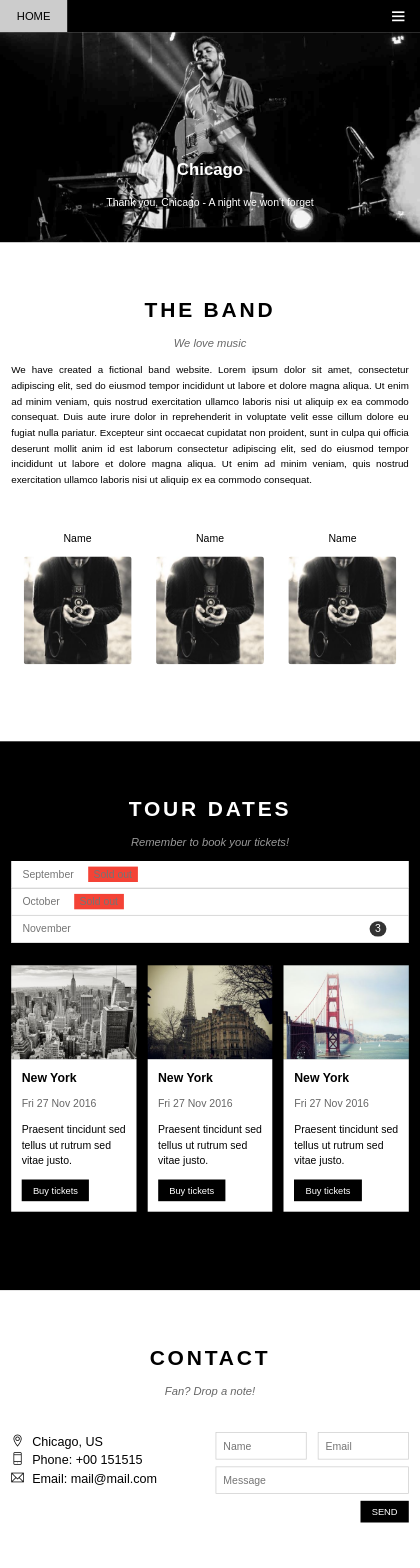
Repository: Bakyproit/the-Band
Page: index.html
An editor plug-in stored every save of this project. The page is shown before and after the next save, followed by the edit.
The browser window is 600 px wide. The pictures show the part of the page from y = 0 to 2240 px (the page is 2816 px tall), at 70% of full size.

Above is the page before, as saved 2022-01-03 22:28:17.

### index.html
<!DOCTYPE html>
<html lang="en">
<head>
    <meta charset="UTF-8">
    <meta http-equiv="X-UA-Compatible" content="IE=edge">
    <meta name="viewport" content="width=device-width, initial-scale=1.0">
    <link rel="stylesheet" href="./assets/fonts/themify-icons/themify-icons.css">
    <link rel="stylesheet" href="./assets/css/style.css">
    <link rel="stylesheet" href="./assets/css/reponsive.css">
    <title>The-Band</title>
</head>
<body>

    <div id="main">
        <!-- begin header   -->
        <div id="header">
            <!-- Begin : Nav -->
            <ul id="nav">
                <li>
                    <a href="#">Home</a>
                </li>
                <li><a href="#band">Band</a></li>
                <li><a href="#tour">Tour</a></li>
                <li><a href="#contact">Contact</a></li>
                <li>
                    <a href="#">
                        More
                        <i class="nav-arrow-down ti-angle-down"></i>

                    </a>
                    <ul class="subnav">
                        <li><a href="#">Merchandise</a></li>
                        <li><a href="#">Extras</a></li>
                        <li><a href="#">Media</a></li>
                    </ul>
                </li>
            </ul>
            <!-- End : Nav -->
            <!-- Begin : Search button -->
            <div class="search-btn">
                <i class="search-icon ti-search"></i>
            </div>
            <div class="mobile-menu-btn" id='mobile-menu'>
                <i class="menu-icon ti-menu"></i>
            </div>
            <!-- End : Search button-->


        </div>
        <!-- end header     -->
        <!-- Begin slider== -->
        <div id="slider">
            <div class="text-content">
                <h2 class="text-heading">Chicago</h2>
                <div class="text-description">Thank you, Chicago - A night we won't forget</div>
            </div>

        </div>
        <!-- End slider    -->
        <!-- Begin content -->
        <div id="content">
        <!-- The- band -->
            <div id ="band" class="content-section">
                <h2 class="section-heading">THE BAND</h2>
                <p class="section-sub-heading">We love music</p>
                <p class="about-text">We have created a fictional band website. Lorem ipsum dolor sit amet, consectetur adipiscing elit, sed do eiusmod tempor incididunt ut labore et dolore magna aliqua. Ut enim ad minim veniam, quis nostrud exercitation ullamco laboris nisi ut aliquip ex ea commodo consequat. Duis aute irure dolor in reprehenderit in voluptate velit esse cillum dolore eu fugiat nulla pariatur. Excepteur sint occaecat cupidatat non proident, sunt in culpa qui officia deserunt mollit anim id est laborum consectetur adipiscing elit, sed do eiusmod tempor incididunt ut labore et dolore magna aliqua. Ut enim ad minim veniam, quis nostrud exercitation ullamco laboris nisi ut aliquip ex ea commodo consequat.</p>
                <div class="member-list">
                    <div class=" col-third">
                        <p class="member-name">Name</p>
                        <img src="/assets/img/bandmember.jpg" alt="" class="member-img">
                    </div>
                    <div class="col-third">
                        <p class="member-name">Name</p>
                        <img src="/assets/img/bandmember.jpg" alt="" class="member-img">
                    </div>
                    <div class=" col-third">
                        <p class="member-name">Name</p>
                        <img src="/assets/img/bandmember.jpg" alt="" class="member-img">
                    </div>

                </div>

            </div>
        <!-- Tour -->
            <div id ="tour" class="tour-section">
                <div class="content-section ">
                    <h2 class="section-heading text-white">TOUR DATES</h2>
                    <p class="section-sub-heading text-white">Remember to book your tickets!</p>
                    <ul class="tickets-list">
                        <li>
                            September
                            <span class="sold-out">Sold out</span>
                        </li>
                        <li>
                            October
                            <span class="sold-out" >Sold out</span>
                        </li>
                        <li>
                            November
                            <span class="quantity" >3</span>
                        </li>
                    </ul>
                    <!-- places - list -->
                    <div class="places-list row">
                        <div class="places-item  col col-third">
                            <img src="/assets/img/play/play1.jpg" alt="" class="places-img">
                            <div class="places-content">
                                <h3 class="places-name">New York</h3>
                                <p class="places-time">Fri 27 Nov 2016</p>
                                <p class="places-title">Praesent tincidunt sed tellus ut rutrum sed vitae justo.</p>
                                <button  class="btn js-buy-tickets ">Buy tickets</button>
                            </div>
                        </div>
                        <div class="places-item  col col-third ">
                            <img src="/assets/img/play/play2.jpg" alt="" class="places-img">
                            <div class="places-content">
                                <h3 class="places-name">New York</h3>
                                <p class="places-time">Fri 27 Nov 2016</p>
                                <p class="places-title">Praesent tincidunt sed tellus ut rutrum sed vitae justo.</p>
                                <button  class="btn js-buy-tickets ">Buy tickets</button>
                            </div>
                        </div>
                        <div class="places-item  col col-third">
                            <img src="/assets/img/play/play3.jpg" alt="" class="places-img">
                            <div class="places-content">
                                <h3 class="places-name">New York</h3>
                                <p class="places-time">Fri 27 Nov 2016</p>
                                <p class="places-title">Praesent tincidunt sed tellus ut rutrum sed vitae justo.</p>
                                <button  class="btn js-buy-tickets ">Buy tickets</button>
                            </div>
                        </div>
                    </div>
                </div>
            </div>
        <!--    Contact -->
            <div id ="contact" class="content-section">
                <h2 class="section-heading ">CONTACT</h2>
                <p class="section-sub-heading ">Fan? Drop a note!</p>
                <!-- contact - content -->
                <div class="row contact-content">
                    <div class="col col-half contact-info">
                        <p><i class="ti-location-pin"></i>Chicago, US</p>
                        <p><i class="ti-mobile"></i>Phone: +00 151515</p>
                        <p><i class="ti-email"></i>Email: mail@mail.com</p>
                    </div>
                    <div class="col col-half contact-form">
                        <form action="">
                            <div class="row">
                                <div class="col col-half">
                                    <input type="text" name="" placeholder="Name" required id="" class="form-control">
                                </div>
                                <div class="col col-half">
                                    <input type="email" name="" placeholder="Email" required  id="" class="form-control">
                                </div>
                            </div>

                            <div class="row ">
                                <div class="col col-full">
                                    <input type="text" name="" placeholder="Message" required id="" class="form-control">
                                </div>
                            </div>
                            <input type="submit" value="SEND" class="btn pull-right">
                        </form>
                    </div>
                </div>
            </div>
        <!-- map -->
            <div class="map-section">
                <img src="./assets/img/map.jpg" alt="Map">
            </div>

        </div>
        <!-- End content -->
        <!-- Begin footer -->
        <div id="footer">
            <div class="social-list">
                <a href=""><i class="ti-facebook"></i></a>
                <a href=""><i class="ti-facebook"></i></a>
                <a href=""><i class="ti-facebook"></i></a>
                <a href=""><i class="ti-facebook"></i></a>
                <a href=""><i class="ti-facebook"></i></a>
                <a href=""><i class="ti-facebook"></i></a>
            </div>
            <p class="copy-right">Powered by <a href="">w3.css</a></p>
        </div>
        <!-- end-footer -->
        <!-- modal -->
        <div class="modal js-modal">
            <div class="modal-container js-modal-container">
                <div class="modal-close js-modal-close">
                    <i class="ti-close"></i>
                </div>
                <!-- header -->
                <header class="modal-header">
                    <i class="ti-bag"></i>
                    Tickets
                </header>
                <!-- body -->
                <div class="modal-body">
                    <label for="ticket-quantity" class="model-label">
                        <i class="ti-shopping-cart"></i>
                        Tickets, $15 per person
                    </label>
                    <input id="ticket-quantity" type="text" class="modal-input" placeholder="Howmany ?">


                    <label for="ticket-email" class="model-label">
                        <i class="ti-user"></i>
                        Send To
                    </label>
                    <input id= "ticket-email" type="text" class="modal-input" placeholder="Enter email ?">

                    <button class="buy-tickets">
                        Pay
                        <i class="ti-check"></i>
                    </button>
                </div>
                <footer class="modal-footer">
                    <p class="modal-help">Need <a href="">help?</a></p>
                </footer>
            </div>
        </div>
        <!-- end modal -->
        <!-- javascript -->
        <script>
            const buyBtns = document.querySelectorAll('.js-buy-tickets')
            const modal = document.querySelector('.js-modal')
            const modalClose = document.querySelector('.js-modal-close')
            const modalContainer =document.querySelector('.js-modal-container')
            function buyTickets(){
                modal.classList.add('open')
            }
            function hiddenBuyTickets(){
                modal.classList.remove('open')
            }


            for(const buyBtn of buyBtns){
                buyBtn.addEventListener('click' ,buyTickets )
            }
            modalClose.addEventListener('click' , hiddenBuyTickets)
            modal.addEventListener('click' , hiddenBuyTickets)
            modalContainer.addEventListener('click' , function (event){
                event.stopPropagation()
            })


            // dong mo menu
            var header = document.getElementById('header') ;
            var mobileMenu = document.getElementById('mobile-menu') ;
            var headerHeight = header.clientHeight ;
            mobileMenu.onclick= function(){
                // console.log(header.clientHeight);
                var isClosed = header.clientHeight === headerHeight ;
                if(isClosed){
                    header.style.height = 'auto' ;
                }else {
                    header.style.height = null ;
                }
            }
            //  tu dong dong khi chon menu
            var menuItems = document.querySelectorAll('#nav li a[href*="#"]') ;
            console.log(menuItems) ;
            for(var i = 0;i<menuItems.length ;i++) {
                var menuItem = menuItems[i] ;
                menuItem.onclick = function(){
                    header.style.height = null ;
                }
            }
        </script>
        <!-- javascript -->
    </div>
</body>
</html>



<!-- hang row -->

### assets/css/style.css
/*
Reset css
*/
*{
    padding: 0;
    margin:  0;
    box-sizing: border-box;
}
html {
    font-family: Arial, Helvetica, sans-serif;
    scroll-behavior: smooth;
}
#main {

}
.text-white{
    color:#fff !important;
}
.btn{
    display: inline-block;
    text-decoration: none;
    padding: 8px 16px;
    color: #fff;
    background-color: #000;
    border : none  ;
}
.btn:hover{
    color: #000!important;
    background-color: #ccc!important;
    cursor: pointer;
}

.pull-right{
    float: right !important ;
}
.flex{
    display: flex;
}

.row {
    display: flex;
    margin-left: -8px;
    margin-right: -8px;
}
.col {
    padding-left: 8px;
    padding-right: 8px;
}
.col-third{
    width: 33.33333%;
}
.col-half{
    width: 50%;
}
.col-full{
    width: 100%;
}
/* =====header===== */
#header {
    height: 46px;
    background-color: #000;
    position: fixed;
    top : 0 ;
    right: 0;
    left : 0;
    z-index: 1;
    overflow: hidden;
}
#nav{
    display: inline-block;
}
#nav,.subnav {
    list-style-type: none;

}
/* nav */
#nav > li{
    display: inline-block;
    position: relative;
}
#nav li a{
    display: inline-block;
    color : #fff ;
    text-decoration: none;
    line-height: 46px;
    padding: 0px 24px;
    text-transform: uppercase;
}
#nav > li:hover > a,
#nav .subnav li:hover a{
    color : #000 ;
    background-color: #ccc;
}
/*     subnav */
#nav .subnav{
    display: none;
    position: absolute;
    top:100% ;
    background-color: #fff;
    /* bong do */
    box-shadow: 0 0 10px rgba(0, 0, 0,0.5) ;
    min-width: 160px;
}
#nav li:hover .subnav {
    display: block ;
}

#nav .subnav  a{
    display:  block;
    color: #000;
    padding: 0 12px;
    line-height: 38px;
}
#nav .nav-arrow-down{
    font-size: 14px;
}
.mobile-menu-btn{
    position: absolute;
    top: 0;
    right: 0;
}
.mobile-menu-btn,
#header .search-btn{
    float: right;
    padding: 0 21px;
}

#header .search-btn:hover{
    cursor: pointer;
    background-color:#f44336 ;
}
#header .mobile-menu-btn:hover {
    background-color:#ccc ;
}
#header .mobile-menu-btn:hover .menu-icon{
    color: #000;
}
#header .menu-icon ,
#header .search-icon{
    color : #fff ;
    font-size: 20px;
    line-height: 46px;
}


/* ====end header=======                 */
/*      Begin slider                     */
#slider {
    margin-top: 46px;
    padding-top:50%;
    /* luon bang 50% chieu rong */
    background: url('/assets/img/slider/slider1.jpg') top center / cover no-repeat;
    position: relative;
}
#slider .text-content{
    position: absolute;
    bottom: 48px;
    left:50%;
    color:#fff ;
    transform: translateX(-50%);
    text-align: center;

}
#slider .text-heading{
    margin:  0 0 25px 0 ;
    font-weight: 500px;
    font-size: 24px;
}
#slider .text-description{
    font-size: 15px;
}
/*    End slider                     */
/*    Begin content                  */
#content {
    color : #000 ;
}
#content .content-section{
    width: 800px;
    max-width: 100%;
    margin-left: auto;
    margin-right: auto;
    padding: 64px 16px;

}
#content .section-heading{
    margin: 10px 0;
    font-size: 30px;
    text-align: center;
    font-weight: 400px;
    letter-spacing: 4px;
    line-height: 45px;
}
#content .section-sub-heading{
    margin:15px 0 ;
    text-align: center;
    font-style: italic;
    opacity: 0.6;
    line-height: 22px;
}
/*             About                   */
#content .about-text{
    margin: 15px 0 ;
    font-size: 14px;
    text-align: justify ;
    line-height: 1.6;

}
#content .member-list{
    padding: 32px 0 ;
    display: flex;
    text-align: center;
}

#content  .member-name{
    margin: 15px 0;
    font-size: 15px;
    line-height: 22px;
}
#content  .member-img{
    margin-bottom: 10px;
    width: 154px;
    border-radius: 4px;
}

/*                   Tour                        */
.tour-section{
    background-color: black;
    color:#fff ;
}
.tour-section .tickets-list li{
    list-style: none;
    color: #757575;
    padding: 8px 16px;
    font-size: 15px;
    line-height: 22px;
    background-color: #fff;
    border-bottom: 1px solid #ddd;
}
.tour-section  .sold-out{
    display: inline-block;
    background-color: #f44336;
    padding: 0 8px;
    margin-left:16px;
}
.tour-section .quantity{
    display: inline-block;
    padding: 0 8px;
    margin-right: 16px;
    background-color: #333;
    color:#fff ;
    border-radius: 50%;
    float: right;
}

.places-list{
    color: #000;
    font-size: 15px;
    padding: 32px 0 ;
}
.places-item{
    margin-bottom: 16px;
}

.places-img{
    width: 100%;
    display: block;
}
.places-img:hover{
    opacity: 0.6;
}
.places-content{
    padding: 15px;
    line-height: 22px;
    background-color: #fff;
}
.places-name{
}
.places-time{
    margin-top: 15px ;
    opacity: 0.6;
}
.places-title{
    margin: 15px 0 ;
    line-height: 1.5;
}




/*                  contact            */

.contact-content{
    padding-bottom: 32px  ;
    padding-top: 32px;
}
.contact-info{
    font-size: 18px;
    line-height: 1.5;
}
.contact-info i[class*="ti-"]{
    display: inline-block;
    width: 30px;

}

.contact-form .form-control{
    font-size: 15px;
    padding: 10px ;
    border : 1px solid #ccc ;
    width: 100%;
    margin-bottom: 10px;
}
/*                      Map-section                        */
.map-section img {
    width: 100%;
}


/*                      end content                 */
/*                      Begin footer                */

#footer {
    padding: 64px 16px;
    text-align: center;
}
#footer .social-list{
    font-size: 24px;

}
#footer .social-list a {
    text-decoration: none;
    color: rgba(0, 0, 0,0.6);

}
#footer .social-list a:hover{
    color: rgba(0, 0, 0,0.4);
}
#footer .copy-right{
    margin: 15px  0 ;
    color: rgba(0, 0, 0,0.6);
}
#footer .copy-right a{
    color: rgba(0, 0, 0,0.6);
}
/*                         end footer                */
/*                         modal                   */
.modal{
    position: fixed;
    top:0;
    right: 0 ;
    bottom: 0;
    left: 0;
    background: rgba(0,0,0,0.4);
    align-items: center;
    justify-content: center;
    display: none;
}
.modal.open{
    display: flex;
}
.modal-container{
    background-color: #fff;
    width: 900px;
    min-height: 300px;
    position: relative;
    animation: modalFaceIn ease .6s;
}
.modal-close {
    position: absolute;
    top: 0;
    right: 0;
    padding: 8px 16px;
    line-height: 36px;
    color:#fff ;
}
.modal-close:hover{
    color:#000 ;
    background: #ccc;
    opacity: 0.6;
}
.modal-header{
    background-color: #009688;
    height: 130px;
    font-size: 30px ;
    color:#fff ;
    display: flex;
    align-items: center;
    justify-content: center;
    padding: 32px 16px;
}
.modal-header i {
    margin-right: 20px;
}
.modal-body{
    padding: 0 16px ;
    margin-top: 15px;
}
.model-label{
    display: block;
    font-size: 15px;
    color: #000;
    padding: 2.5px 0;

}
.modal-input {
    padding: 11.5px 8px;
    border : 1px solid #ccc ;
    width: 100%;
    margin: 15px 0;
}

.buy-tickets{
    background-color: #009688;
    padding:18.5px 16px;
    margin-bottom: 16px;
    width: 100%;
    font-size: 15px;
    border :0 ;
}

.buy-tickets:hover{
    color:#000 ;
    background: #ccc;
}


.modal-footer{
    display: inline-block;
    margin: 15px 0;
    padding: 2.5px 16px ;
    font-size: 15px;
    float: right;
}
.modal-footer .modal-help{
}
.modal-footer a{
    color :#2196F3 ;
}



@keyframes modalFaceIn{

    from{
        opacity: 0;
        transform: translateY(-140px);
    }
    to{
        opacity: 1;
        transform: translateY(0);
    }
}

### assets/css/reponsive.css


/* mobile */
@media (max-width:739px) {
    #nav {
        display: block;
    }
    #nav > li{
        display: block;
    }

    #header .search-btn{
        display: none;
    }
}

/* tablet */
@media (min-width:740px) and (max-width:1023px) {
    .mobile-menu-btn {
        display: none;
    }
}

/* PC */
@media (min-width:1024px) {
    .mobile-menu-btn {
        display: none;
    }
}

Loaded but not shown: assets/fonts/themify-icons/themify-icons.css (common file)

After the next save:
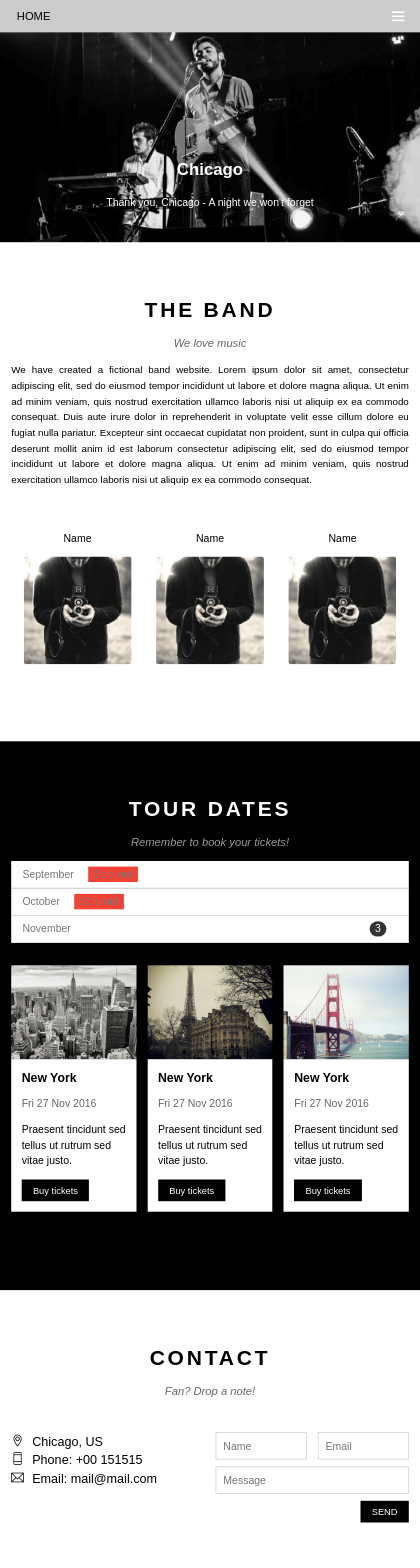
Saved 8 s later.
--- a/assets/css/reponsive.css
+++ b/assets/css/reponsive.css
@@ -8,7 +8,9 @@
     #nav > li{
         display: block;
     }
-
+    #nav li a {
+        display: block;
+    }
     #header .search-btn{
         display: none;
     }
